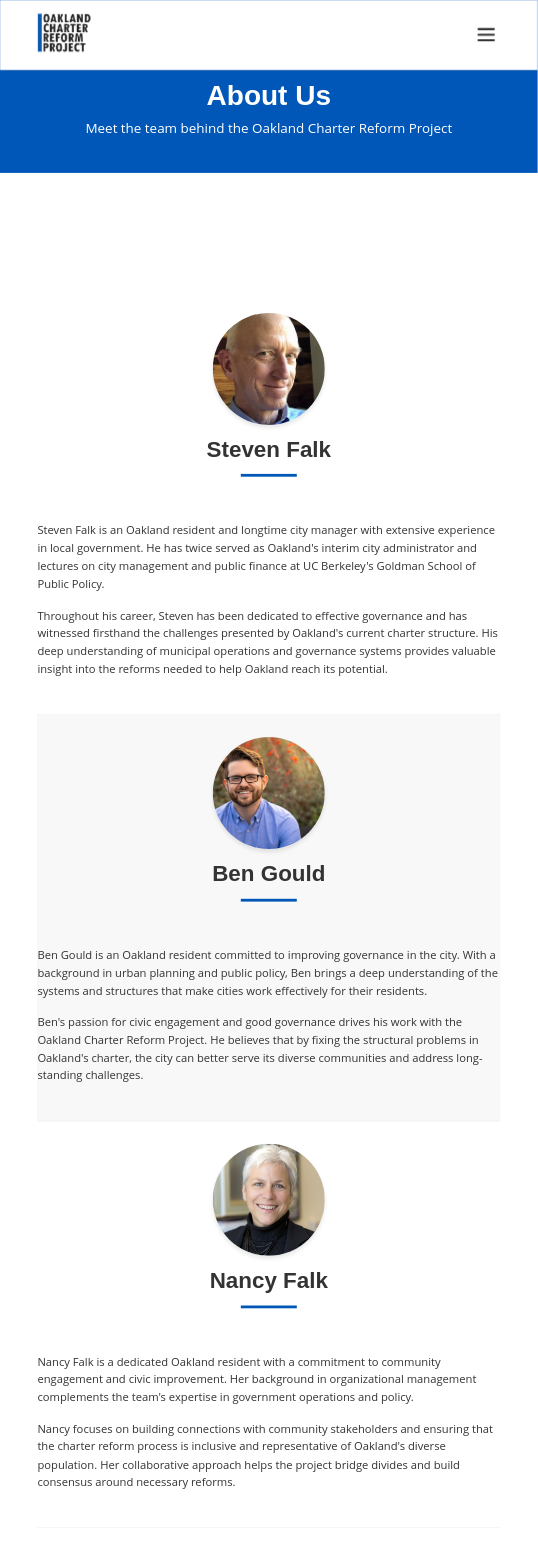
Repository: bgould132/oaklandcharterreform
Page: about.html
An editor plug-in stored every save of this project. The page is shown before and after the next save, followed by the edit.
The browser window is 768 px wide. The pictures show the part of the page from y = 0 to 2240 px (the page is 3144 px tall before and 3565 px after), at 70% of full size.

Above is the page before, as saved 2025-04-07 10:12:17.

### about.html
<!DOCTYPE html>
<html lang="en">
<head>
    <meta charset="UTF-8">
    <meta name="viewport" content="width=device-width, initial-scale=1.0">
    <meta name="description" content="About the Oakland Charter Reform Project team - Steven Falk, Ben Gould, and Nancy Falk">
    <title>About Us - Oakland Charter Reform Project</title>
    <link rel="stylesheet" href="css/styles.css">
    <!-- Font Awesome for icons -->
    <link rel="stylesheet" href="https://cdnjs.cloudflare.com/ajax/libs/font-awesome/6.4.2/css/all.min.css">
</head>
<body>
    <header>
        <div class="container">
            <nav aria-label="Main navigation">
                <div class="logo">
                    <a href="index.html" aria-label="Oakland Charter Reform Project Home">
                        <img src="images/logo/OCRP logo design.jpg" alt="Oakland Charter Reform Project Logo">
                    </a>
                </div>
                <button class="mobile-menu-button" aria-label="Toggle menu" aria-expanded="false" aria-controls="main-menu">
                    <span class="hamburger-icon"></span>
                </button>
                <ul id="main-menu" class="nav-menu">
                    <li><a href="index.html#why-charter-reform">Why Charter Reform</a></li>
                    <li><a href="index.html#principles">Principles</a></li>
                    <li><a href="index.html#proposed-amendments">Proposed Amendments</a></li>
                    <li><a href="index.html#our-approach">Our Approach</a></li>
                    <li><a href="about.html" class="active">About Us</a></li>
                    <li><a href="index.html#contact">Contact</a></li>
                </ul>
            </nav>
        </div>
    </header>

    <main>
        <!-- Page Header -->
        <section class="page-header" aria-labelledby="page-heading">
            <div class="container">
                <h1 id="page-heading">About Us</h1>
                <p class="subtitle">Meet the team behind the Oakland Charter Reform Project</p>
            </div>
        </section>

        <!-- Team Section -->
        <section class="section" aria-labelledby="team-heading">
            <div class="container">
                <h2 id="team-heading" class="visually-hidden">Our Team</h2>

                <div class="team-member">
                    <div class="team-member-info">
                        <div class="member-header">
                            <div class="member-photo">
                                <img src="images/team/steven_falk.jpg" alt="Photo of Steven Falk">
                            </div>
                            <div class="member-title">
                                <h2>Steven Falk</h2>
                                <div class="title-underline"></div>
                            </div>
                        </div>
                        <div class="member-bio">
                            <p>Steven Falk is an Oakland resident and longtime city manager with extensive experience in local government. He has twice served as Oakland's interim city administrator and lectures on city management and public finance at UC Berkeley's Goldman School of Public Policy.</p>

                            <p>Throughout his career, Steven has been dedicated to effective governance and has witnessed firsthand the challenges presented by Oakland's current charter structure. His deep understanding of municipal operations and governance systems provides valuable insight into the reforms needed to help Oakland reach its potential.</p>
                        </div>
                    </div>
                </div>

                <div class="team-member alt-bg">
                    <div class="team-member-info">
                        <div class="member-header">
                            <div class="member-photo">
                                <img src="images/team/Ben Gould.jpeg" alt="Photo of Ben Gould">
                            </div>
                            <div class="member-title">
                                <h2>Ben Gould</h2>
                                <div class="title-underline"></div>
                            </div>
                        </div>
                        <div class="member-bio">
                            <p>Ben Gould is an Oakland resident committed to improving governance in the city. With a background in urban planning and public policy, Ben brings a deep understanding of the systems and structures that make cities work effectively for their residents.</p>

                            <p>Ben's passion for civic engagement and good governance drives his work with the Oakland Charter Reform Project. He believes that by fixing the structural problems in Oakland's charter, the city can better serve its diverse communities and address long-standing challenges.</p>
                        </div>
                    </div>
                </div>

                <div class="team-member">
                    <div class="team-member-info">
                        <div class="member-header">
                            <div class="member-photo">
                                <img src="images/team/Nancy Falk.jpeg" alt="Photo of Nancy Falk">
                            </div>
                            <div class="member-title">
                                <h2>Nancy Falk</h2>
                                <div class="title-underline"></div>
                            </div>
                        </div>
                        <div class="member-bio">
                            <p>Nancy Falk is a dedicated Oakland resident with a commitment to community engagement and civic improvement. Her background in organizational management complements the team's expertise in government operations and policy.</p>

                            <p>Nancy focuses on building connections with community stakeholders and ensuring that the charter reform process is inclusive and representative of Oakland's diverse population. Her collaborative approach helps the project bridge divides and build consensus around necessary reforms.</p>
                        </div>
                    </div>
                </div>

                <div class="team-cta">
                    <h3>Join Our Efforts</h3>
                    <p>We're working to build a better Oakland through structural reform. If you're interested in getting involved or learning more about our work, please reach out.</p>
                    <a href="index.html#contact" class="cta-button">Contact Us</a>
                </div>
            </div>
        </section>
    </main>

    <footer>
        <div class="container">
            <div class="footer-content">
                <div class="footer-logo">
                    <img src="images/logo/OCRP logo design.jpg" alt="Oakland Charter Reform Project Logo" width="120">
                </div>
                <div class="footer-text">
                    <p>&copy; 2025 Oakland Charter Reform Project. All rights reserved.</p>
                    <p>In the spirit of a better Oakland,</p>
                    <div class="signature">
                        <img src="images/logo/steve and ben and nancy signature.jpg" alt="Signatures of Steven Falk, Ben Gould, and Nancy Falk" class="signature-img">
                        <p>Steven Falk, Ben Gould, and Nancy Falk<br>
                        Oakland Charter Reform Project Organizers</p>
                    </div>
                </div>
            </div>
        </div>
    </footer>

    <script src="js/main.js"></script>
</body>
</html>

### css/styles.css
/* Base Styles */
:root {
    --primary-color: #0057b8; /* Blue from the logo */
    --secondary-color: #333333;
    --accent-color: #f8f8f8;
    --text-color: #333333;
    --light-text: #ffffff;
    --heading-font: 'Montserrat', sans-serif;
    --body-font: 'Open Sans', sans-serif;
    --container-width: 1200px;
    --border-radius: 4px;
    --box-shadow: 0 4px 6px rgba(0, 0, 0, 0.1);
    --transition: all 0.3s ease;
}

/* Typography */
@import url('https://fonts.googleapis.com/css2?family=Montserrat:wght@500;700&family=Open+Sans:wght@400;600&display=swap');

* {
    margin: 0;
    padding: 0;
    box-sizing: border-box;
}

body {
    font-family: var(--body-font);
    line-height: 1.6;
    color: var(--text-color);
    font-size: 16px;
}

h1, h2, h3, h4, h5, h6 {
    font-family: var(--heading-font);
    font-weight: 700;
    line-height: 1.2;
    margin-bottom: 0.5em;
}

h1 {
    font-size: 3rem;
}

h2 {
    font-size: 2.5rem;
    margin-bottom: 1rem;
}

h3 {
    font-size: 1.5rem;
}

p {
    margin-bottom: 1.2rem;
}

a {
    color: var(--primary-color);
    text-decoration: none;
    transition: var(--transition);
}

a:hover {
    color: #004085;
}

ul {
    list-style-type: none;
}

/* Container */
.container {
    width: 90%;
    max-width: var(--container-width);
    margin: 0 auto;
    padding: 0 15px;
}

/* Header & Navigation */
header {
    background-color: #fff;
    box-shadow: 0 2px 4px rgba(0, 0, 0, 0.1);
    position: fixed;
    width: 100%;
    top: 0;
    left: 0;
    z-index: 1000;
}

header .container {
    display: flex;
    justify-content: space-between;
    align-items: center;
}

nav {
    display: flex;
    justify-content: space-between;
    align-items: center;
    width: 100%;
    padding: 1rem 0;
}

.logo img {
    height: 60px;
    width: auto;
}

.nav-menu {
    display: flex;
    gap: 1.5rem;
}

.nav-menu a {
    color: var(--secondary-color);
    font-weight: 600;
    font-size: 1rem;
    padding: 0.5rem;
}

.nav-menu a:hover {
    color: var(--primary-color);
    border-bottom: 2px solid var(--primary-color);
}

.mobile-menu-button {
    display: none;
    background: none;
    border: none;
    cursor: pointer;
    padding: 0.5rem;
}

.hamburger-icon,
.hamburger-icon::before,
.hamburger-icon::after {
    display: block;
    background-color: var(--secondary-color);
    height: 3px;
    width: 25px;
    border-radius: 3px;
    position: relative;
}

.hamburger-icon::before,
.hamburger-icon::after {
    content: '';
    position: absolute;
}

.hamburger-icon::before {
    top: -8px;
}

.hamburger-icon::after {
    top: 8px;
}

/* Hero Section */
.hero {
    height: 100vh;
    position: relative;
    margin-top: 80px; /* To account for fixed header */
}

.hero-image {
    height: 100%;
    width: 100%;
    position: relative;
}

.hero-image img {
    width: 100%;
    height: 100%;
    object-fit: cover;
    filter: brightness(70%);
}

.hero-content {
    position: absolute;
    top: 50%;
    left: 50%;
    transform: translate(-50%, -50%);
    text-align: center;
    color: var(--light-text);
    width: 80%;
    max-width: 800px;
}

.hero-content h1 {
    font-size: 3.5rem;
    margin-bottom: 0.5rem;
    text-shadow: 2px 2px 4px rgba(0, 0, 0, 0.5);
}

.tagline {
    font-size: 1.5rem;
    margin-bottom: 2rem;
    text-shadow: 1px 1px 2px rgba(0, 0, 0, 0.5);
}

.cta-button {
    display: inline-block;
    background-color: var(--primary-color);
    color: var(--light-text);
    padding: 0.8rem 1.5rem;
    border-radius: var(--border-radius);
    font-weight: 600;
    text-transform: uppercase;
    letter-spacing: 1px;
    transition: var(--transition);
}

.cta-button:hover {
    background-color: #004085;
    color: var(--light-text);
    transform: translateY(-2px);
    box-shadow: var(--box-shadow);
}

/* Section Styling */
.section {
    padding: 5rem 0;
}

.alt-bg {
    background-color: var(--accent-color);
}

.section h2 {
    text-align: center;
    margin-bottom: 2.5rem;
    position: relative;
}

.section h2::after {
    content: '';
    display: block;
    width: 80px;
    height: 4px;
    background-color: var(--primary-color);
    margin: 1rem auto 0;
}

.section-content {
    display: flex;
    flex-wrap: wrap;
    gap: 2rem;
    justify-content: space-between;
    align-items: flex-start;
}

.text-content {
    flex: 1 1 60%;
}

.stat-boxes {
    flex: 1 1 30%;
    display: flex;
    flex-direction: column;
    gap: 1.5rem;
}

.stat-box {
    background-color: var(--primary-color);
    color: var(--light-text);
    padding: 2rem;
    border-radius: var(--border-radius);
    text-align: center;
    box-shadow: var(--box-shadow);
}

.stat-number {
    font-size: 3rem;
    font-weight: 700;
    display: block;
    margin-bottom: 0.5rem;
}

.highlight-quote {
    font-size: 1.5rem;
    font-style: italic;
    color: var(--primary-color);
    border-left: 4px solid var(--primary-color);
    padding-left: 1rem;
    margin-bottom: 1.5rem;
}

/* Principles Section */
.principles-grid {
    display: grid;
    grid-template-columns: repeat(auto-fit, minmax(250px, 1fr));
    gap: 2rem;
    margin-top: 2rem;
}

.principle-card {
    background-color: white;
    padding: 2rem;
    border-radius: var(--border-radius);
    box-shadow: var(--box-shadow);
    text-align: center;
    transition: var(--transition);
}

.principle-card:hover {
    transform: translateY(-5px);
    box-shadow: 0 6px 12px rgba(0, 0, 0, 0.15);
}

.principle-icon {
    font-size: 2.5rem;
    color: var(--primary-color);
    margin-bottom: 1rem;
}

/* Our Approach Section */
.approach-content {
    display: flex;
    flex-wrap: wrap;
    gap: 3rem;
    justify-content: space-between;
}

.approach-text {
    flex: 1 1 45%;
}

.approach-list {
    list-style-type: disc;
    padding-left: 1.5rem;
    margin: 1rem 0 1.5rem;
}

.approach-list li {
    margin-bottom: 0.8rem;
}

.timeline {
    flex: 1 1 45%;
    position: relative;
    margin-left: 20px;
}

.timeline::before {
    content: '';
    position: absolute;
    left: 0;
    top: 0;
    bottom: 0;
    width: 4px;
    background-color: var(--primary-color);
    transform: translateX(-50%);
}

.timeline-item {
    position: relative;
    padding: 0 0 2rem 2rem;
}

.timeline-marker {
    position: absolute;
    left: 0;
    top: 0;
    width: 20px;
    height: 20px;
    border-radius: 50%;
    background-color: white;
    border: 4px solid var(--primary-color);
    transform: translateX(-50%);
    z-index: 1;
}

.timeline-content {
    background-color: white;
    padding: 1.5rem;
    border-radius: var(--border-radius);
    box-shadow: var(--box-shadow);
}

/* Contact Section */
.contact-content {
    max-width: 700px;
    margin: 0 auto;
    text-align: center;
}

.contact-info {
    margin-top: 2rem;
}

.signup-form {
    margin-top: 2rem;
}

/* Footer */
footer {
    background-color: var(--secondary-color);
    color: var(--light-text);
    padding: 3rem 0;
}

.footer-content {
    display: flex;
    flex-direction: column;
    align-items: center;
    gap: 2rem;
    text-align: center;
}

.footer-logo img {
    filter: brightness(0) invert(1);
}

.footer-text {
    flex: 1;
    text-align: center;
}

.signature {
    margin-top: 1rem;
    display: flex;
    flex-direction: column;
    align-items: center;
}

.signature-img {
    max-width: 250px;
    margin-bottom: 0.5rem;
    display: block;
}

.footer-social {
    display: flex;
    gap: 1rem;
}

.footer-social a {
    color: var(--light-text);
    font-size: 1.5rem;
    transition: var(--transition);
}

.footer-social a:hover {
    color: var(--primary-color);
}

/* Media Queries for Responsive Design */
@media (max-width: 992px) {
    h1 {
        font-size: 2.5rem;
    }

    h2 {
        font-size: 2rem;
    }

    .hero-content h1 {
        font-size: 2.8rem;
    }

    .tagline {
        font-size: 1.3rem;
    }
}

@media (max-width: 768px) {
    .section-content,
    .approach-content {
        flex-direction: column;
    }

    .stat-boxes {
        width: 100%;
    }

    .hero-content h1 {
        font-size: 2.2rem;
    }

    .tagline {
        font-size: 1.1rem;
    }

    .mobile-menu-button {
        display: block;
    }

    .nav-menu {
        display: none;
        flex-direction: column;
        position: absolute;
        top: 100%;
        left: 0;
        width: 100%;
        background-color: white;
        box-shadow: 0 4px 6px rgba(0, 0, 0, 0.1);
        padding: 1rem 0;
    }

    .nav-menu.show {
        display: flex;
    }

    .nav-menu li {
        width: 100%;
        text-align: center;
    }

    .nav-menu a {
        display: block;
        padding: 0.8rem 0;
    }
}

@media (max-width: 576px) {
    .hero-content h1 {
        font-size: 1.8rem;
    }

    .tagline {
        font-size: 1rem;
    }

    .cta-button {
        padding: 0.6rem 1.2rem;
        font-size: 0.9rem;
    }

    .footer-content {
        flex-direction: column;
        text-align: center;
        gap: 1.5rem;
    }
}

/* Accessibility Enhancements */
:focus {
    outline: 3px solid var(--primary-color);
    outline-offset: 3px;
}

.skip-link {
    position: absolute;
    top: -100px;
    left: 0;
    background: var(--primary-color);
    color: white;
    padding: 10px;
    z-index: 1001;
}

.skip-link:focus {
    top: 0;
}

/* Print Styles */
@media print {
    body {
        font-size: 12pt;
    }

    header, footer, .cta-button, .hero-image {
        display: none;
    }

    .container {
        width: 100%;
        max-width: 100%;
    }

    .section {
        page-break-inside: avoid;
        padding: 1rem 0;
    }
}

/* Amendment Section */
.amendment-card {
    background-color: white;
    padding: 1.5rem;
    border-radius: var(--border-radius);
    box-shadow: var(--box-shadow);
    margin-bottom: 1.5rem;
}

.amendment-list {
    list-style-type: disc;
    padding-left: 1.5rem;
    margin: 1rem 0;
}

.amendment-list li {
    margin-bottom: 0.8rem;
}

.buttons-container {
    display: flex;
    gap: 1rem;
    justify-content: center;
    margin-top: 2rem;
    flex-wrap: wrap;
}

.outline-button {
    display: inline-block;
    background-color: transparent;
    color: var(--primary-color);
    border: 2px solid var(--primary-color);
    padding: 0.8rem 1.5rem;
    border-radius: var(--border-radius);
    font-weight: 600;
    text-transform: uppercase;
    letter-spacing: 1px;
    transition: var(--transition);
}

.outline-button:hover {
    background-color: var(--primary-color);
    color: var(--light-text);
    transform: translateY(-2px);
    box-shadow: var(--box-shadow);
}

/* About Us Page */
.page-header {
    background-color: var(--primary-color);
    color: var(--light-text);
    padding: 8rem 0 4rem;
    text-align: center;
    margin-bottom: 3rem;
}

.page-header h1 {
    font-size: 3rem;
    margin-bottom: 0.5rem;
}

.subtitle {
    font-size: 1.2rem;
    max-width: 600px;
    margin: 0 auto;
}

.visually-hidden {
    position: absolute;
    width: 1px;
    height: 1px;
    padding: 0;
    margin: -1px;
    overflow: hidden;
    clip: rect(0, 0, 0, 0);
    white-space: nowrap;
    border: 0;
}

.team-member {
    padding: 3rem 0;
    border-bottom: 1px solid #eee;
}

.team-member.alt-bg {
    background-color: var(--accent-color);
}

.team-member:last-of-type {
    border-bottom: none;
}

.team-member-info {
    max-width: 800px;
    margin: 0 auto;
}

.member-role {
    color: var(--primary-color);
    font-weight: 600;
    margin-bottom: 1rem;
}

.member-bio {
    margin-top: 1rem;
}

.team-cta {
    text-align: center;
    max-width: 600px;
    margin: 4rem auto 0;
    padding: 2rem;
    background-color: white;
    border-radius: var(--border-radius);
    box-shadow: var(--box-shadow);
}

.team-cta h3 {
    color: var(--primary-color);
    margin-bottom: 1rem;
}

.team-cta p {
    margin-bottom: 1.5rem;
}

@media (max-width: 768px) {
    .page-header {
        padding: 7rem 0 3rem;
    }

    .page-header h1 {
        font-size: 2.5rem;
    }

    .team-member {
        padding: 2rem 0;
    }
}

/* Active Navigation */
.nav-menu a.active {
    color: var(--primary-color);
    border-bottom: 2px solid var(--primary-color);
}

/* Team Member Styling */
.member-header {
    display: flex;
    align-items: center;
    margin-bottom: 1.5rem;
}

.member-photo {
    width: 160px;
    height: 160px;
    border-radius: 50%;
    overflow: hidden;
    margin-right: 2rem;
    box-shadow: var(--box-shadow);
    flex-shrink: 0;
}

.member-photo img {
    width: 100%;
    height: 100%;
    object-fit: cover;
}

.member-title {
    flex: 1;
}

@media (max-width: 768px) {
    .member-header {
        flex-direction: column;
        text-align: center;
    }

    .member-photo {
        margin-right: 0;
        margin-bottom: 1rem;
    }
}

### js/main.js
document.addEventListener('DOMContentLoaded', function() {
    // Mobile menu functionality
    const mobileMenuButton = document.querySelector('.mobile-menu-button');
    const navMenu = document.querySelector('.nav-menu');

    if (mobileMenuButton && navMenu) {
        mobileMenuButton.addEventListener('click', function() {
            navMenu.classList.toggle('show');

            // Update aria-expanded attribute
            const expanded = navMenu.classList.contains('show');
            mobileMenuButton.setAttribute('aria-expanded', expanded);
        });

        // Close menu when clicking on a link
        const navLinks = navMenu.querySelectorAll('a');
        navLinks.forEach(link => {
            link.addEventListener('click', function() {
                navMenu.classList.remove('show');
                mobileMenuButton.setAttribute('aria-expanded', 'false');
            });
        });
    }

    // Add smooth scrolling for anchor links
    document.querySelectorAll('a[href^="#"]').forEach(anchor => {
        anchor.addEventListener('click', function(e) {
            // Don't scroll if the target is just "#" (often used for buttons)
            if (this.getAttribute('href') === '#') return;

            e.preventDefault();

            const targetId = this.getAttribute('href');
            const targetElement = document.querySelector(targetId);

            if (targetElement) {
                // Calculate header height for offset
                const headerHeight = document.querySelector('header').offsetHeight;

                // Get the target's position and adjust for header
                const targetPosition = targetElement.getBoundingClientRect().top + window.pageYOffset - headerHeight;

                // Smooth scroll to target
                window.scrollTo({
                    top: targetPosition,
                    behavior: 'smooth'
                });
            }
        });
    });

    // Add active class to nav items based on scroll position
    function setActiveNavItem() {
        const sections = document.querySelectorAll('section[id]');
        const navItems = document.querySelectorAll('.nav-menu a');

        // Get current scroll position
        const scrollPosition = window.scrollY + window.innerHeight / 3;

        // Check each section to see if it's in the viewport
        sections.forEach(section => {
            const sectionTop = section.offsetTop - document.querySelector('header').offsetHeight;
            const sectionHeight = section.offsetHeight;
            const sectionId = section.getAttribute('id');

            if (scrollPosition >= sectionTop && scrollPosition < sectionTop + sectionHeight) {
                // Remove active class from all nav items
                navItems.forEach(item => {
                    item.classList.remove('active');
                });

                // Add active class to current nav item
                const currentNavItem = document.querySelector(`.nav-menu a[href="#${sectionId}"]`);
                if (currentNavItem) {
                    currentNavItem.classList.add('active');
                }
            }
        });
    }

    // Run setActiveNavItem on scroll
    window.addEventListener('scroll', setActiveNavItem);

    // Run once on page load
    setActiveNavItem();

    // Add CSS class when scrolling down (for sticky header effects)
    function handleScroll() {
        const header = document.querySelector('header');
        if (window.scrollY > 100) {
            header.classList.add('scrolled');
        } else {
            header.classList.remove('scrolled');
        }
    }

    window.addEventListener('scroll', handleScroll);

    // Run once on page load
    handleScroll();
});

After the next save:
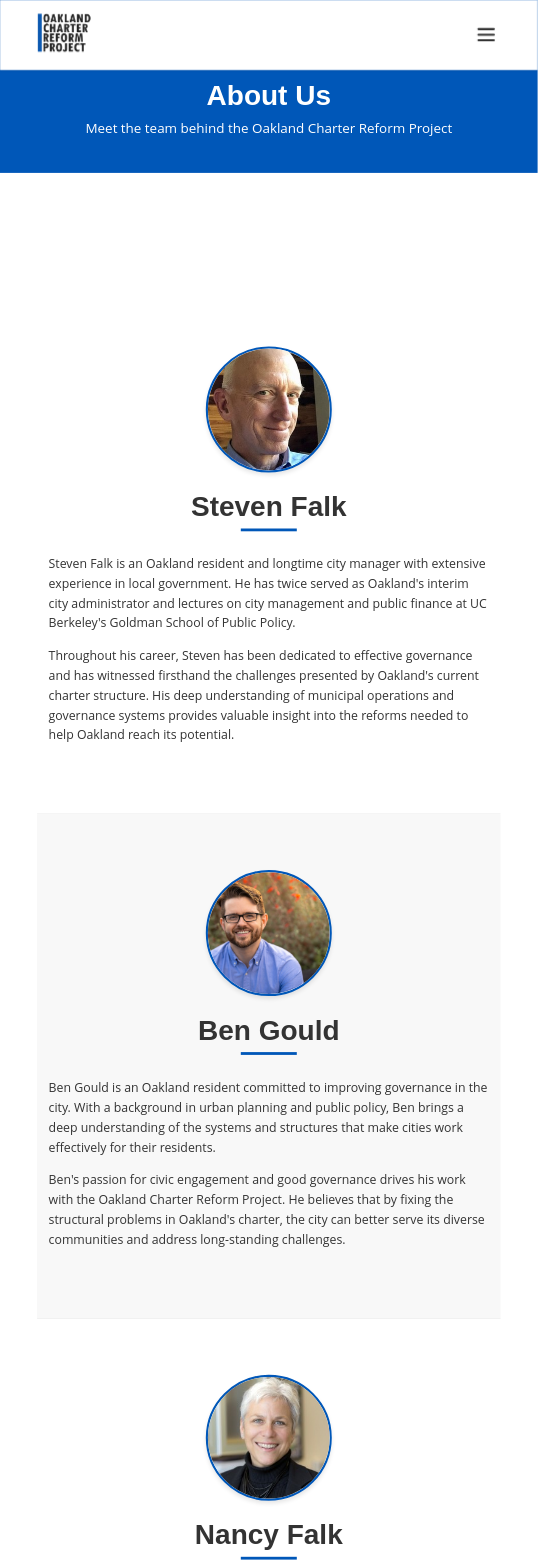
Saved 15 s later.
--- a/css/styles.css
+++ b/css/styles.css
@@ -724,27 +724,62 @@ footer {
 .member-header {
     display: flex;
     align-items: center;
-    margin-bottom: 1.5rem;
+    margin-bottom: 2rem;
 }
 
 .member-photo {
-    width: 160px;
-    height: 160px;
+    width: 180px;
+    height: 180px;
     border-radius: 50%;
     overflow: hidden;
-    margin-right: 2rem;
+    margin-right: 3rem;
     box-shadow: var(--box-shadow);
     flex-shrink: 0;
+    border: 3px solid var(--primary-color);
 }
 
 .member-photo img {
     width: 100%;
     height: 100%;
     object-fit: cover;
+    object-position: center;
 }
 
 .member-title {
     flex: 1;
+}
+
+.member-title h2 {
+    font-size: 2.5rem;
+    margin-bottom: 0.5rem;
+    text-align: left;
+}
+
+.member-title h2::after {
+    display: none;
+}
+
+.title-underline {
+    height: 4px;
+    width: 80px;
+    background-color: var(--primary-color);
+    margin-top: 0.5rem;
+}
+
+.team-member-info {
+    max-width: 900px;
+    margin: 0 auto;
+    padding: 0 1rem;
+}
+
+.member-bio {
+    margin-top: 1rem;
+    font-size: 1.1rem;
+}
+
+.team-member {
+    padding: 5rem 0;
+    border-bottom: 1px solid #eee;
 }
 
 @media (max-width: 768px) {
@@ -755,6 +790,14 @@ footer {
 
     .member-photo {
         margin-right: 0;
-        margin-bottom: 1rem;
-    }
-}
+        margin-bottom: 1.5rem;
+    }
+
+    .member-title h2 {
+        text-align: center;
+    }
+
+    .title-underline {
+        margin: 0.5rem auto 0;
+    }
+}
